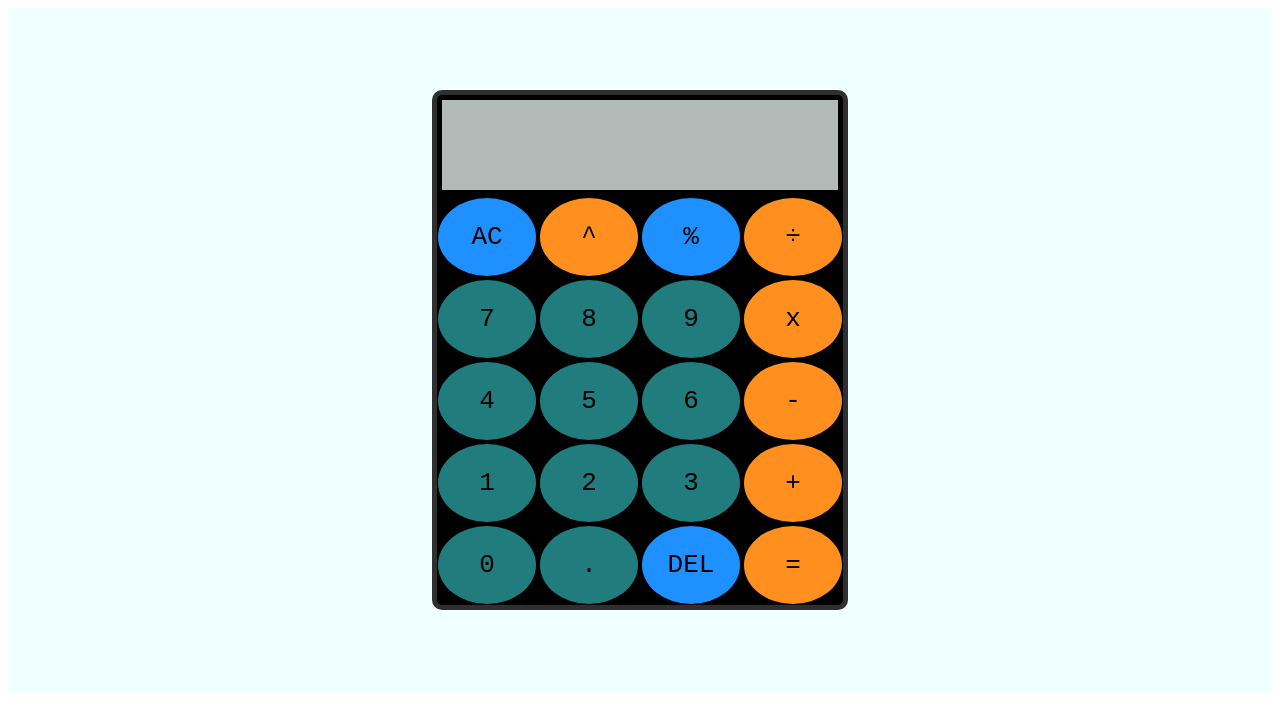
Repository: MhlengiNgubane/BrainnestJsTwo
Page: index.html
An editor plug-in stored every save of this project. The page is shown before and after a run of saves, followed by the edit.
The browser window is 1280 px wide. The pictures show the whole page.

Above is the page before, as saved 2022-09-08 08:31:26.

After the next 2 saves:
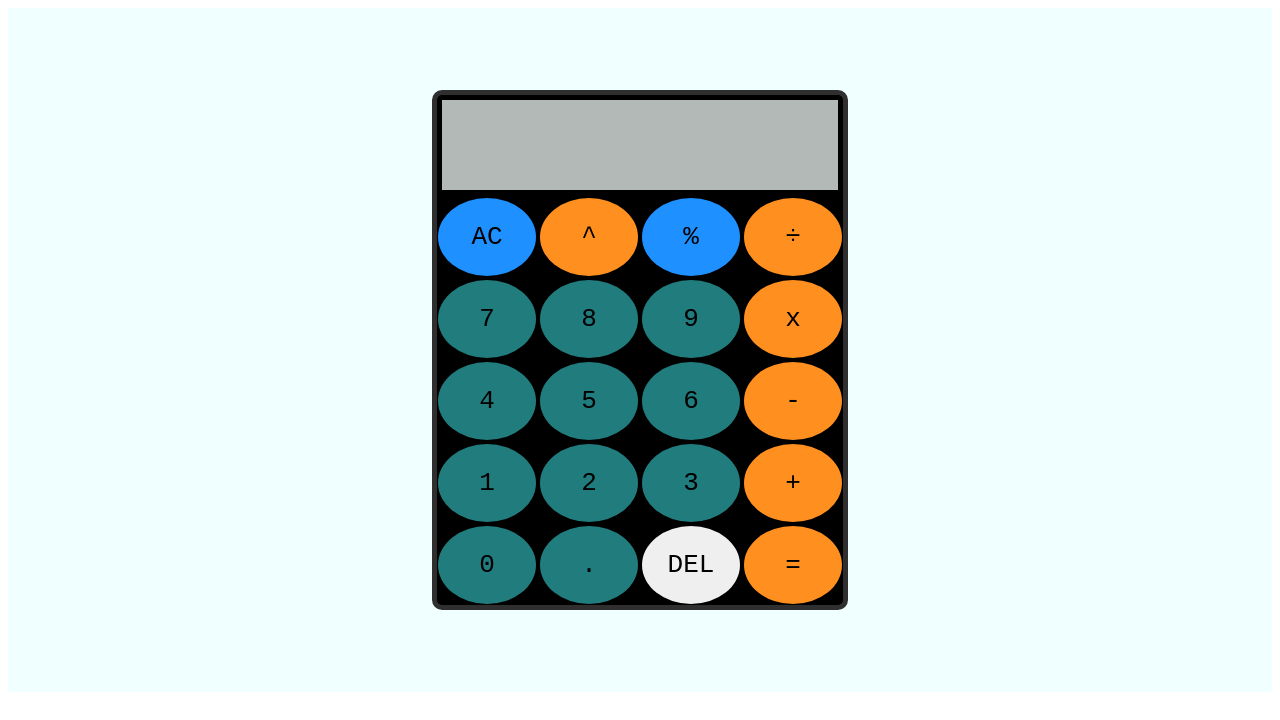
The 2 saves are shown as one change because they came seconds apart.
The last was saved 20 s later.
--- a/index.html
+++ b/index.html
@@ -30,7 +30,7 @@
                 <button type="button" class="operator"  data-action="61">+</button>
                 <button type="button" id ="zero" class="operand"  data-action="48">0</button>
                 <button type="button" class="decimal"  data-action="190">.</button>
-                <button type="button" class="sign"  data-action="192">DEL</button>
+                <button type="button" class="backspace"  data-action="192">DEL</button>
                 <button type="button" class="equals"  data-action="69">=</button>
             </div>
         </main>
